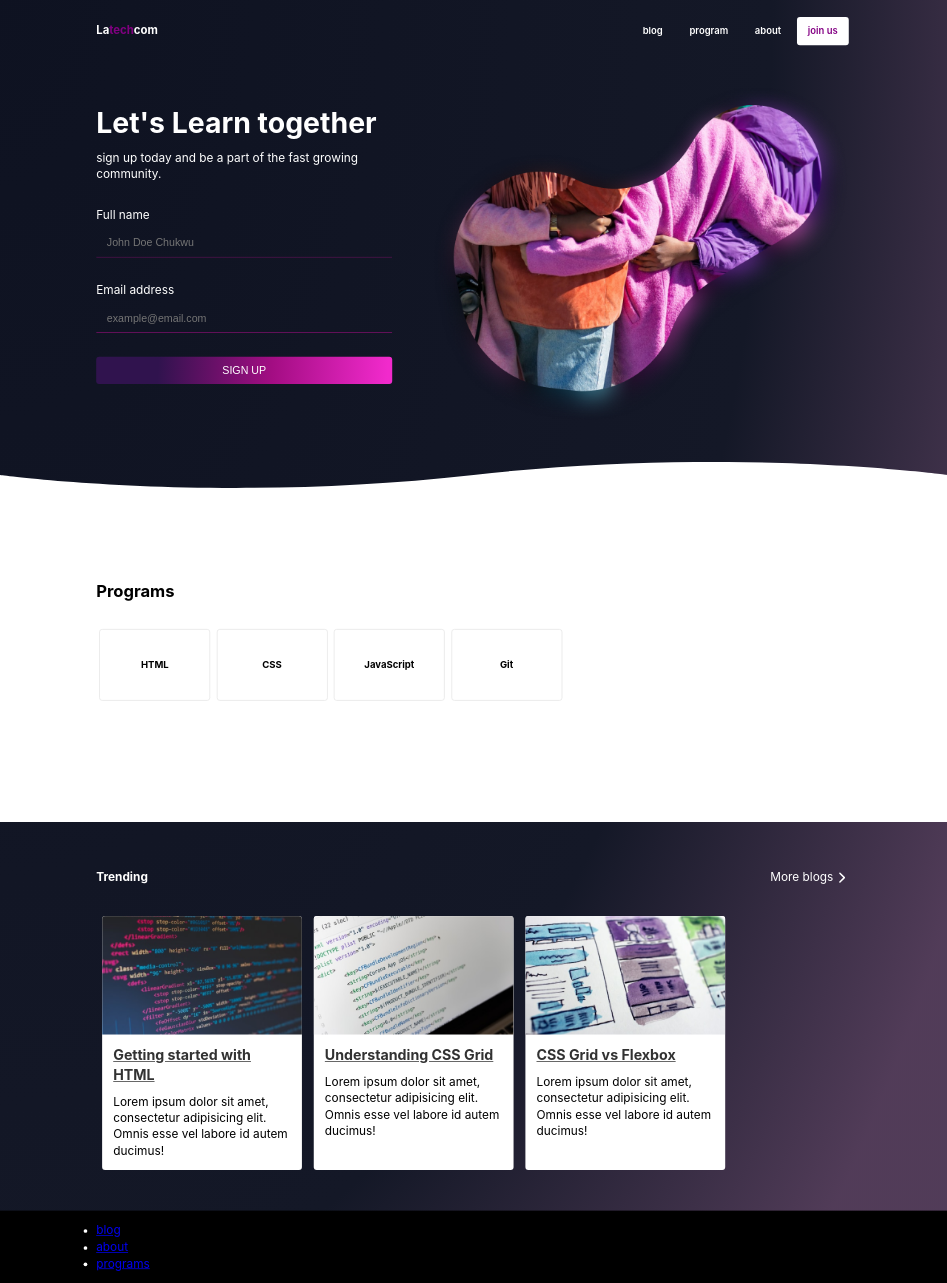
Repository: giprim/community
Page: /
The author's editor kept a copy of each file at every save. The page is drawn from the files as they stood at one save, then again after the next save.
The browser window is 1280 px wide. The pictures show the whole page, at 74% of full size.
The project was rebuilt for these pictures with package versions that can differ from the ones it lists, and the page was loaded fresh each time. Also part of the build but not shown: src/App.css.

Above is the page before, as saved 2020-10-25 23:15:22.

After the next save:
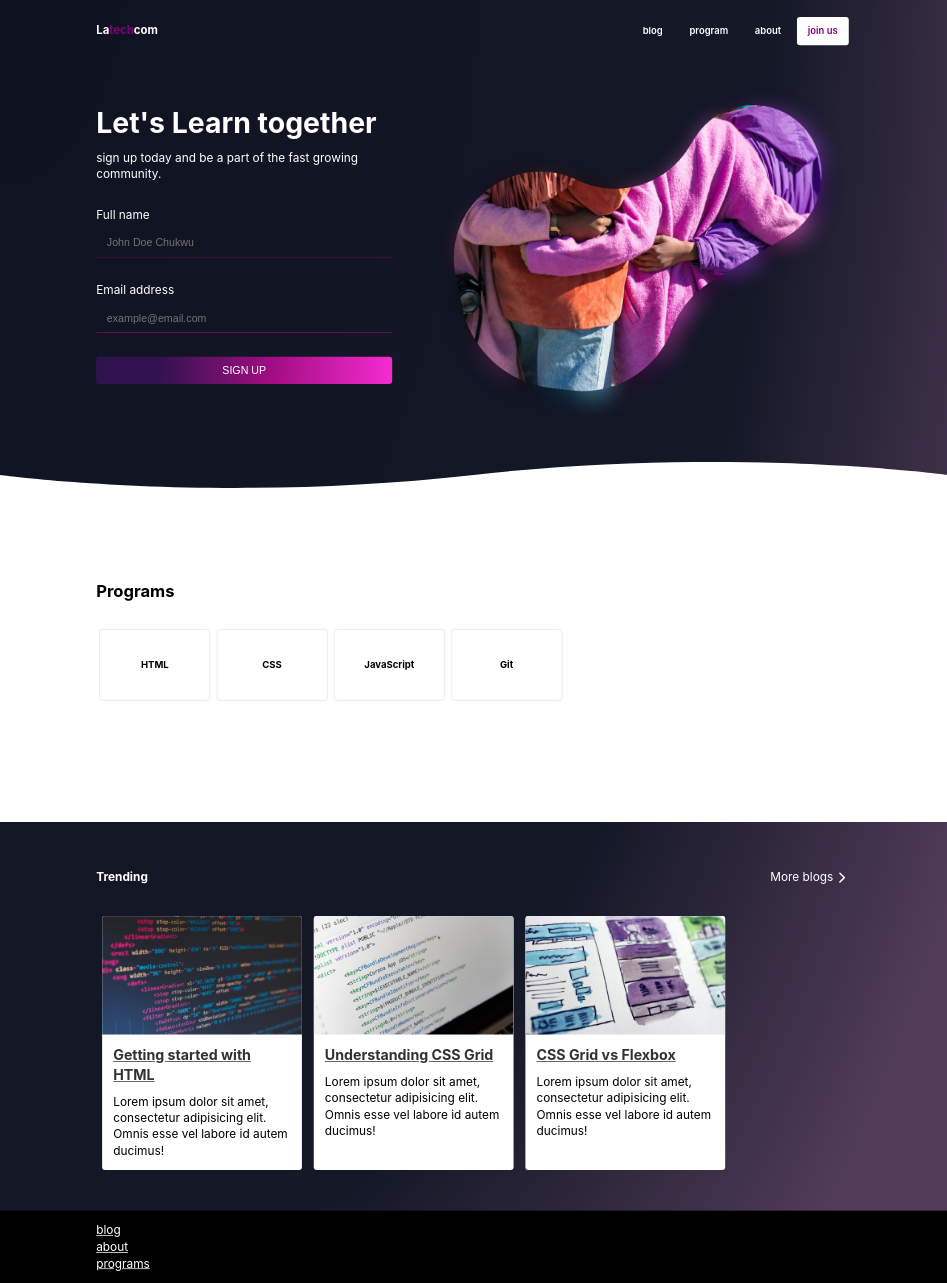
Saved 34 s later.
--- a/src/components/Footer.tsx
+++ b/src/components/Footer.tsx
@@ -29,5 +29,12 @@ export default Footer;
 
 const StyledFooter = styled('div')`
   background: black;
-  color: white;
+
+  * {
+    color: white;
+  }
+
+  ul {
+    list-style: none;
+  }
 `;
